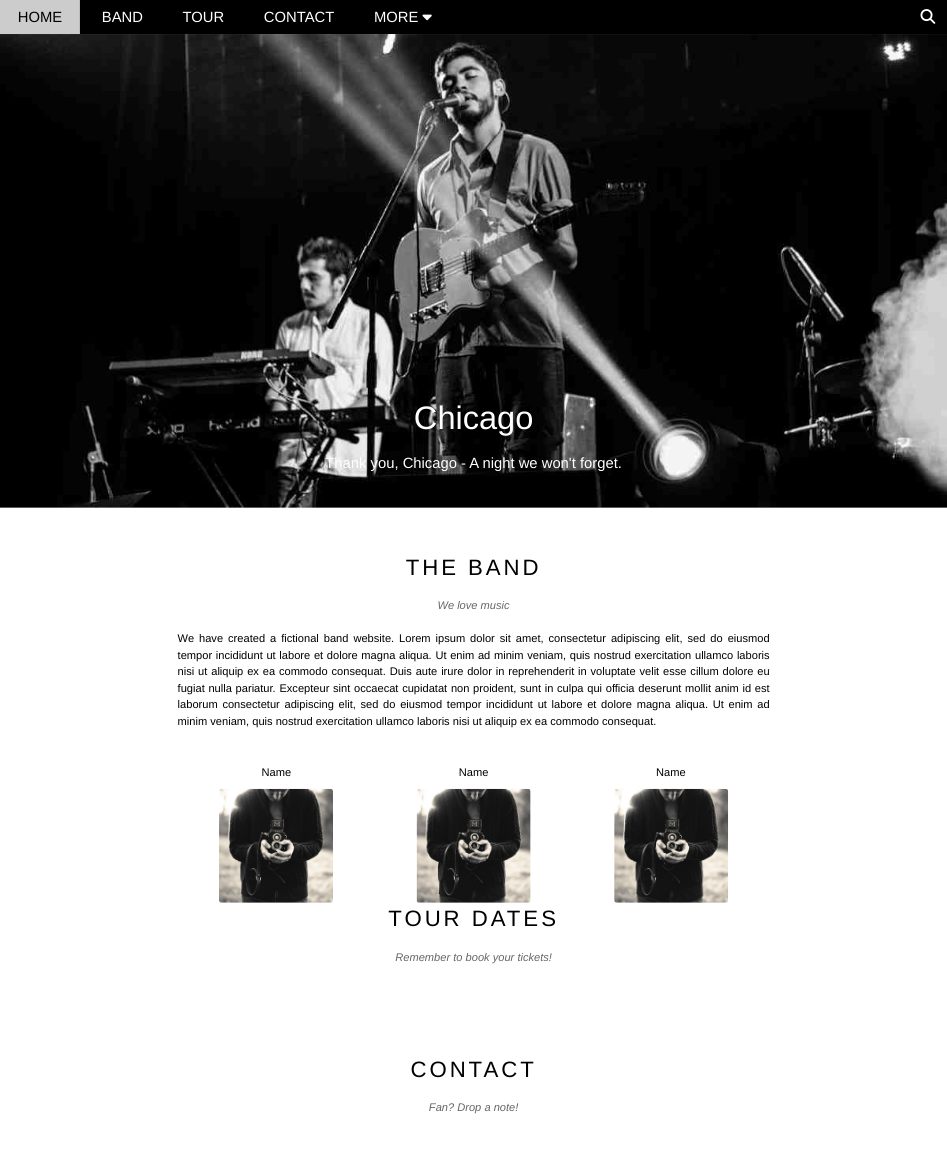
Repository: nugort/nugort.github.io
Page: f8/the-band/index.html
The author's editor kept a copy of each file at every save. The page is drawn from the files as they stood at one save, then again after the next save.
The browser window is 1280 px wide. The pictures show the whole page, at 74% of full size.
Some web libraries are served in a nearby version.

Above is the page before, as saved 2022-02-08 04:03:29.

After the next save:
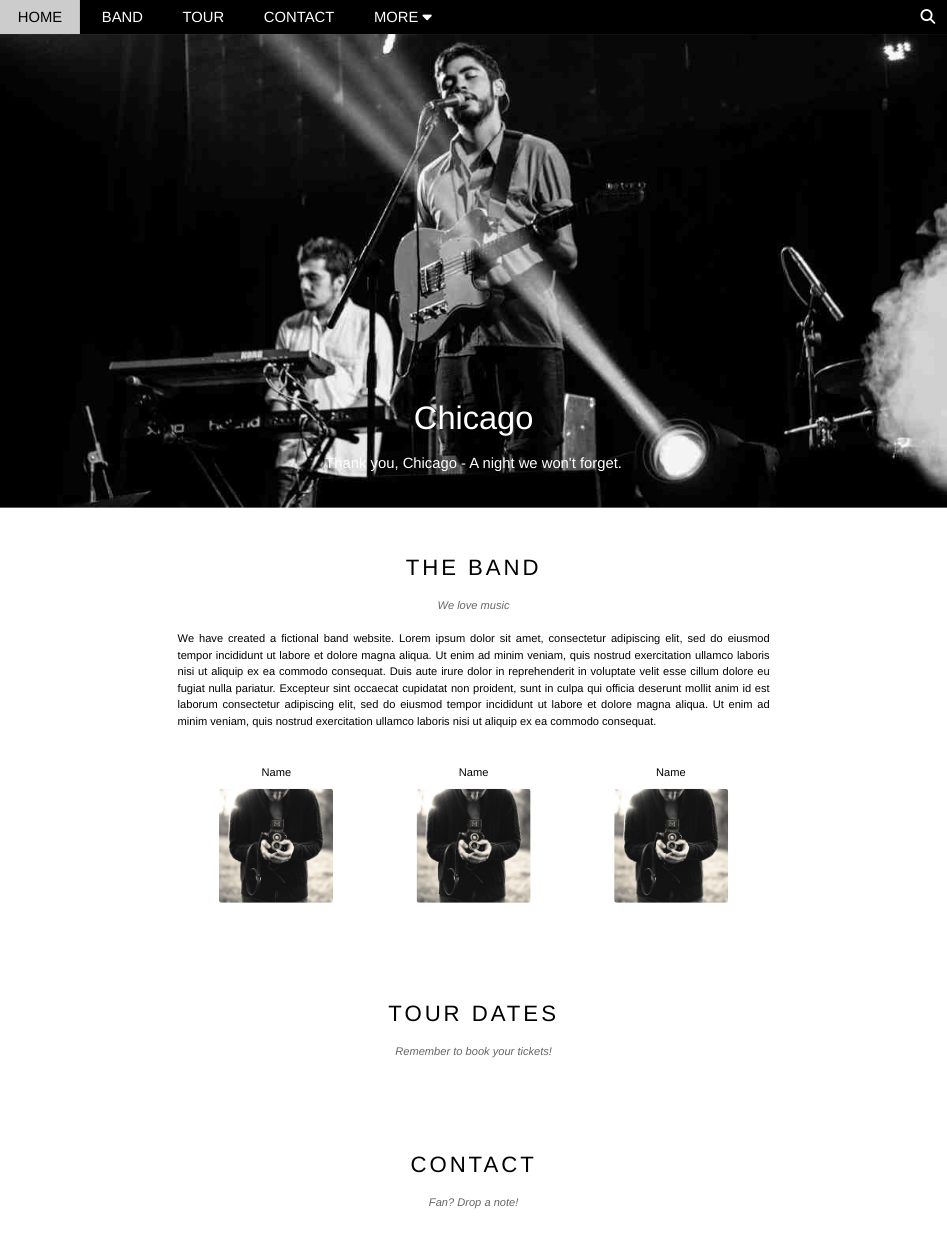
Saved 102 s later.
--- a/f8/the-band/assets/css/styles.css
+++ b/f8/the-band/assets/css/styles.css
@@ -82,7 +82,7 @@ Chiếc web này gồm
 */
 
 .clear {
-    cleae: both;
+    clear: both;
 }
 
 #main{
